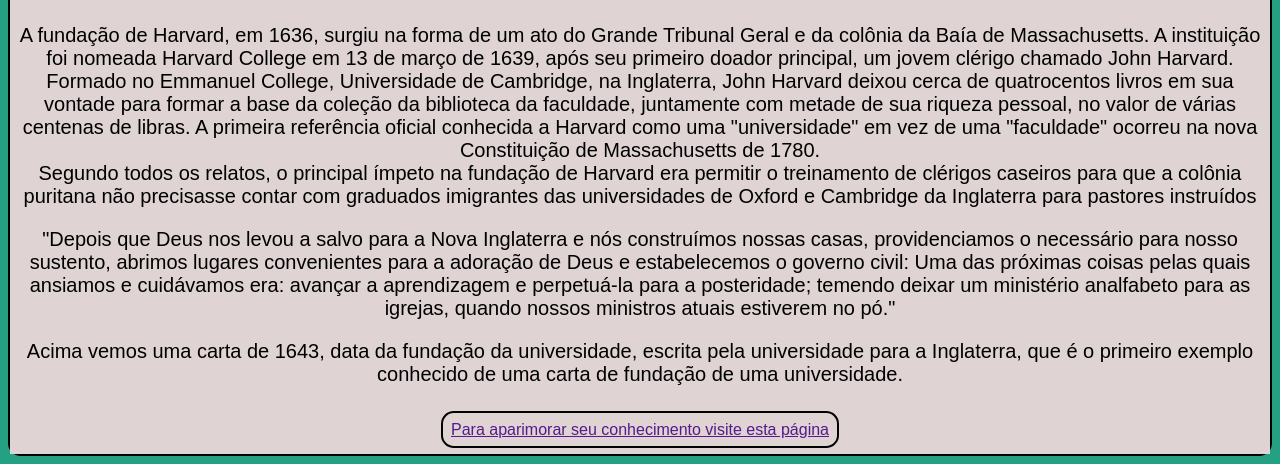
Repository: batmit/FutureFundation.github.io-1
Page: menu/articles/speechs/harvard_God.html
An editor plug-in stored every save of this project. The page is shown before and after the next save, followed by the edit.
The browser window is 1280 px wide. The pictures show the part of the page from y = 616 to 1080 px (the page is 1080 px tall).

Above is the page before, as saved 2021-11-07 17:20:19.

After the next save:
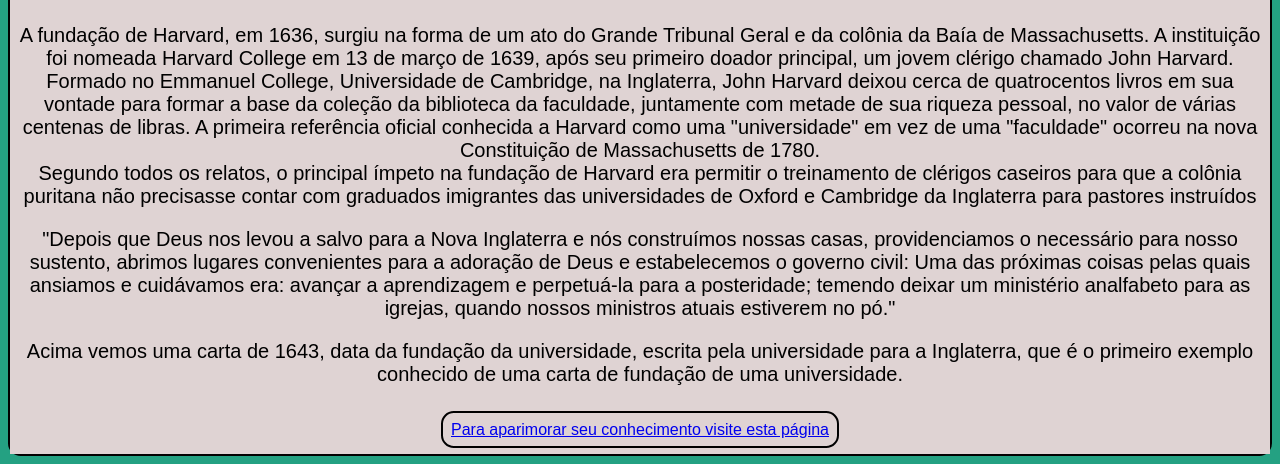
Saved 13 s later.
--- a/menu/articles/speechs/harvard_God.html
+++ b/menu/articles/speechs/harvard_God.html
@@ -25,7 +25,7 @@
         <p>Acima vemos uma carta de 1643, data da fundação da universidade, escrita pela universidade para a Inglaterra, que é o primeiro exemplo conhecido de uma carta de fundação de uma universidade. </p>
 
 
-        <a href="">Para aparimorar seu conhecimento visite esta página</a>
+        <a href="https://www.thecrimson.com/article/2020/1/28/lee-history-god-harvard/">Para aparimorar seu conhecimento visite esta página</a>
 
     </div>
 </body>
